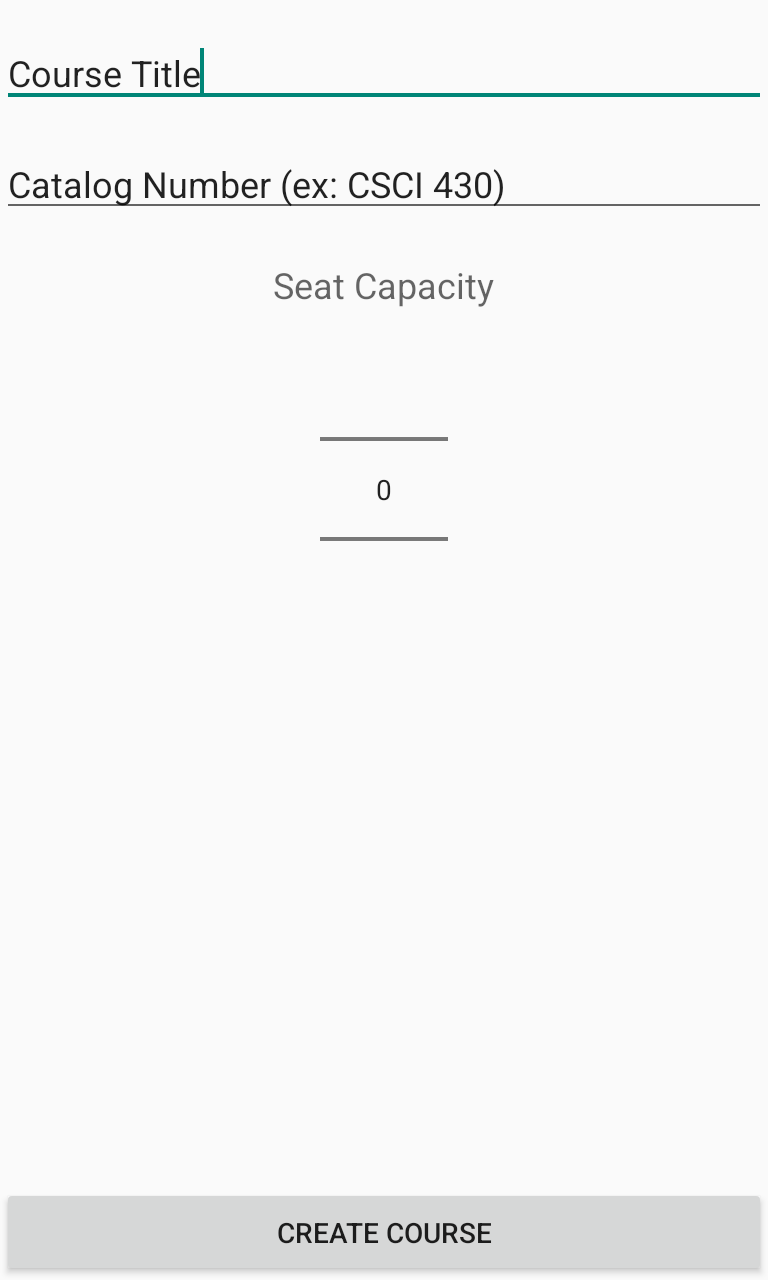
Repository: Jooms/Examples
Layout: CourseManager/res/layout/activity_main.xml
The author's editor kept a copy of each file at every save. The layout is drawn from the files as they stood at one save, then again after the next save.
It is drawn on a 768 x 1280 px phone screen (xhdpi) without system bars, with theme AppTheme; the app's code is not run.

Above is the layout before, as saved 2014-10-06 00:25:14.

After the next save:
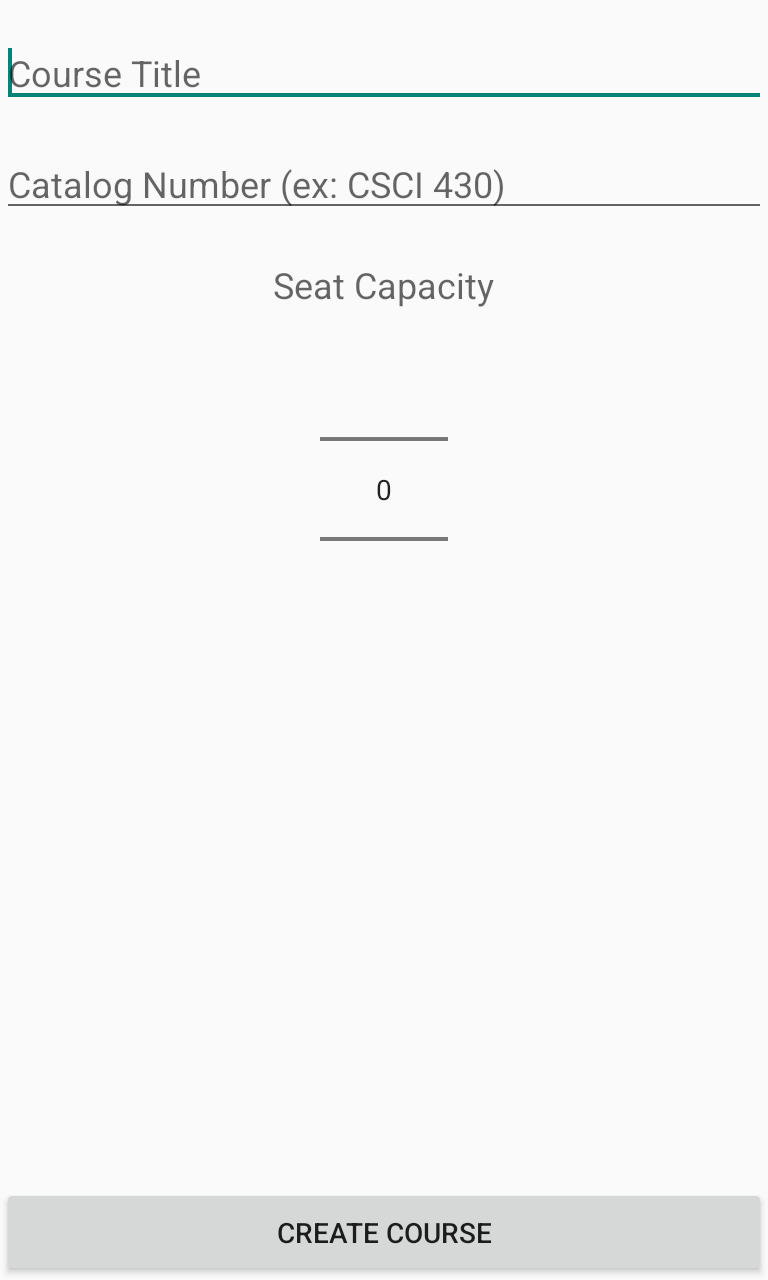
Saved 4 min 51 s later.
--- a/CourseManager/res/layout/activity_main.xml
+++ b/CourseManager/res/layout/activity_main.xml
@@ -13,7 +13,8 @@
         android:layout_alignParentTop="true"
         android:layout_marginTop="14dp"
         android:ems="10"
-		android:text="Course Title" >
+        android:hint="Course Title" >
+
         <requestFocus />
     </EditText>
 
@@ -26,7 +27,7 @@
         android:layout_below="@+id/editName"
         android:layout_marginTop="14dp"
         android:ems="10"
-        android:text="Catalog Number (ex: CSCI 430)" />
+        android:hint="Catalog Number (ex: CSCI 430)" />
 
     <Button
         android:id="@+id/buttonCreate"
